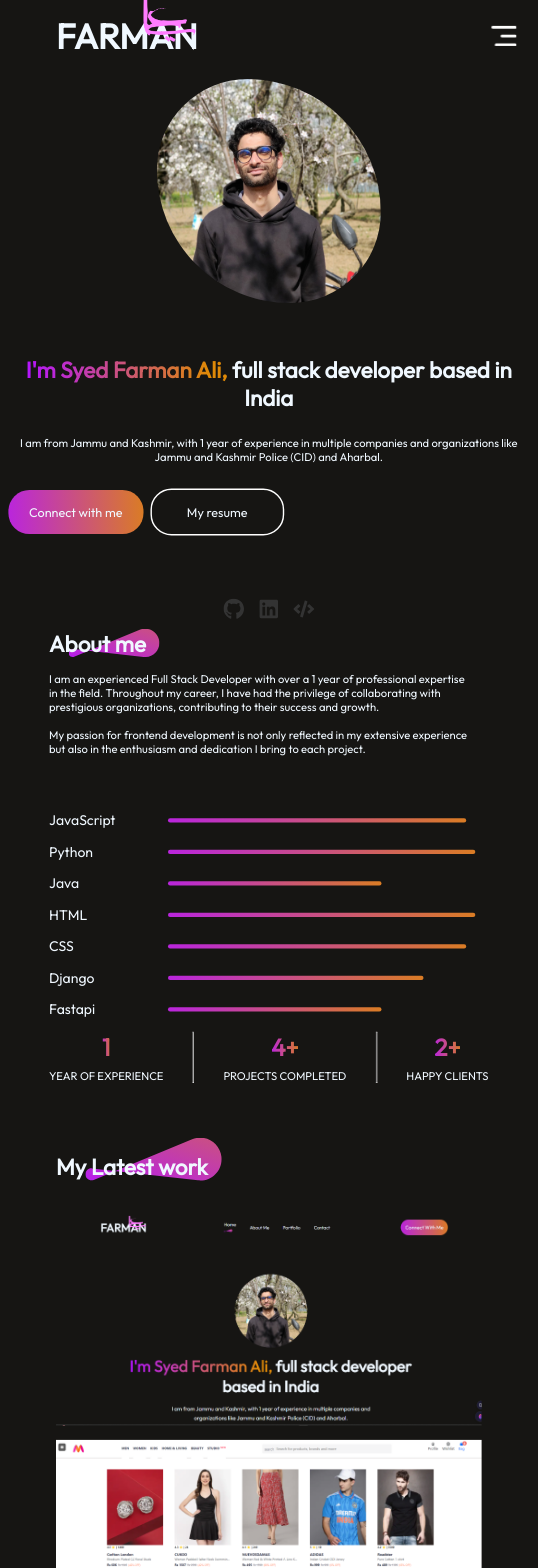
Repository: FARMAN9/portfolio_React
Page: /
The author's editor kept a copy of each file at every save. The page is drawn from the files as they stood at one save, then again after the next save.
The browser window is 768 px wide. The pictures show the part of the page from y = 0 to 2240 px (the page is 5795 px tall), at 70% of full size.
The project was rebuilt for these pictures with package versions that can differ from the ones it lists, and the page was loaded fresh each time. Also part of the build but not shown: vite.config.js.

Above is the page before, as saved 2024-10-16 21:37:50.

After the next save:
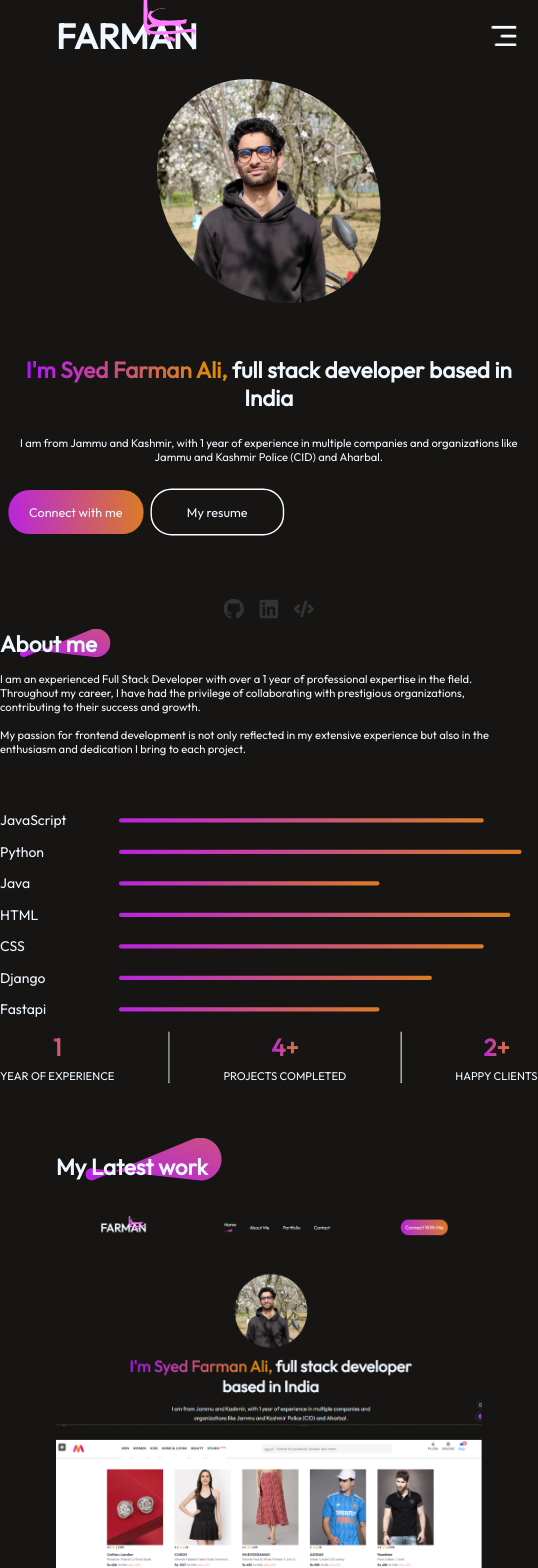
Saved 27 s later.
--- a/src/Components/About/About.css
+++ b/src/Components/About/About.css
@@ -112,7 +112,7 @@
 @media (max-width: 768px) {
   .about {
     gap: 20px;
-    margin: 10px 70px;
+    margin: 10px 0px;
     align-items: start;
   }
   .about-title h1 {
